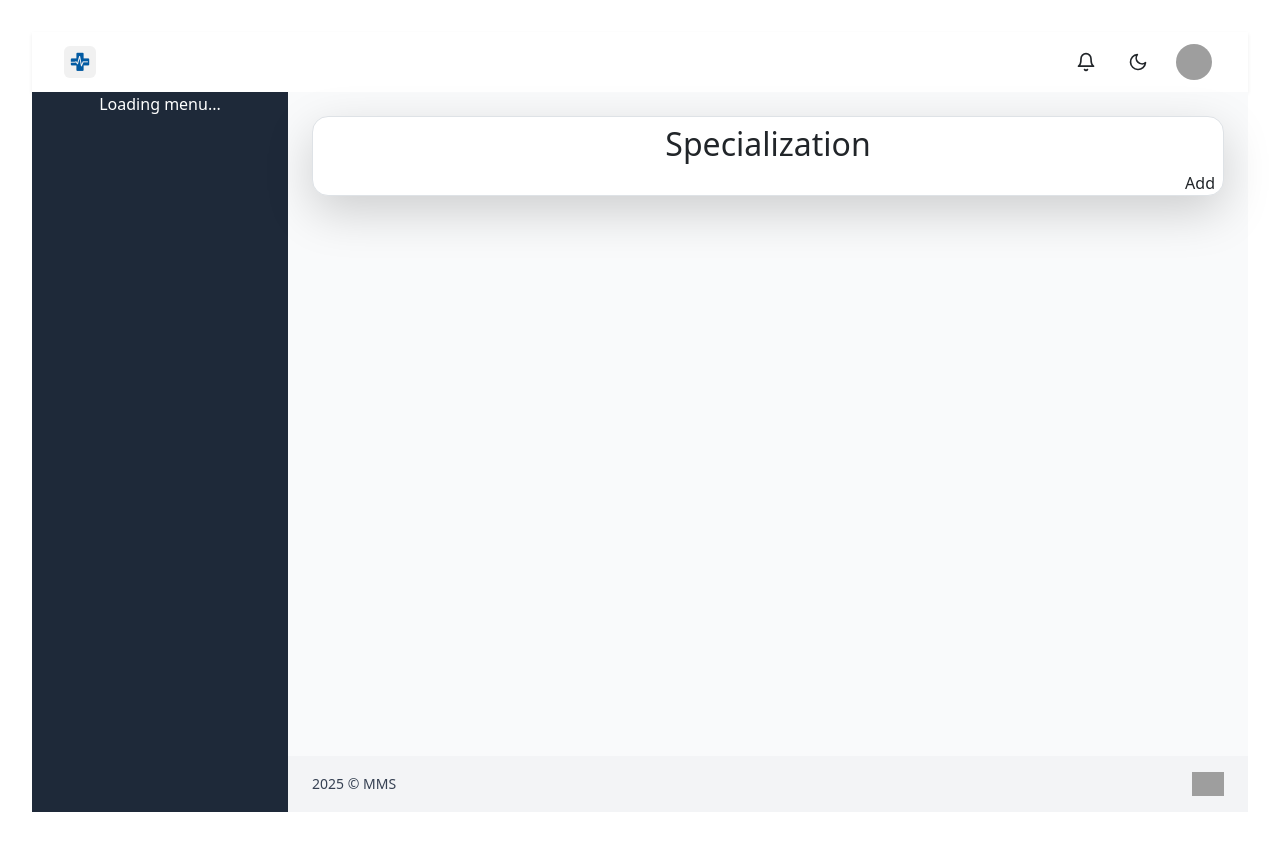
Repository: Giri1103r/Medical_Management_System
Page: /specialization (app in my-app/)
These files come from the project's save history. The page is drawn as it stood at one moment and after a run of saves; the edit follows.
The browser window is 1280 px wide. The pictures show the whole page.
Pictures or frames that could not be fetched are drawn as grey boxes. The page's requests for data from a server got no answer. The project was rebuilt for these pictures with package versions that can differ from the ones it lists, and the page was loaded fresh each time. No one was signed in, and anything a server would have sent is missing. Also part of the build but not shown: my-app/vite.config.js, my-app/src/Register.jsx, my-app/src/Home.jsx, my-app/src/Login.jsx, my-app/src/layouts/Partial/side_bar.jsx, my-app/src/Dashboard.jsx, my-app/src/api.jsx, my-app/src/Profile.jsx and 2 more.

Above is the page before, as saved 2025-09-19 09:45:52.

### my-app/index.html
<!doctype html>
<html lang="en">
  <head>
    <meta charset="UTF-8" />
    <link rel="icon" type="image/svg+xml" href="" />
    <meta name="viewport" content="width=device-width, initial-scale=1.0" />
  <title>%VITE_APP_NAME%</title>
  </head>
  <body>
    <div id="root"></div>
    <script type="module" src="/src/main.jsx"></script>
  </body>
</html>

### my-app/src/App.jsx
import { BrowserRouter as Router, Routes, Route, NavLink } from "react-router-dom";
import './App.css';
import Register from "./Register";
import Home from "./Home";
import Login from "./Login";
import Dashboard from "./Dashboard";
import Profile from "./Profile";
import { UserProvider } from "./context/UserContext";
import { MasterdataProvider } from "./context/MasterdataContext";
import Leftmenuadd from "./admin/leftmenu/Leftmenuadd";
import SpecializationAdd from "./admin/specialization/SpecializationAdd";
import SpecializationList from "./admin/specialization/SpecializationList";





function App() {
  return (
    <UserProvider>
      <MasterdataProvider>

          <Router>

            <div className="">
              <Routes>

                <Route path="/register" element={<Register />} />
                <Route path="/" element={<Login />} />
                <Route path="/dashboard" element={<Dashboard />} />
                <Route path="/profile" element={<Profile />}></Route>
                <Route path="/leftmenu" element={<Leftmenuadd />}></Route>
                <Route path="/specialization/add" element={<SpecializationAdd/>} />
                <Route path="/specialization" element={<SpecializationList/>} />
              </Routes>
            </div>
          </Router>

      </MasterdataProvider>
    </UserProvider>

  );
}

export default App;

### my-app/src/context/UserContext.jsx
import React, { createContext, useState, useEffect } from "react";
import { jwtDecode } from "jwt-decode";// fixed import for Vite

export const UserContext = createContext();

export const UserProvider = ({ children }) => {
  const [user, setUser] = useState(null);

  useEffect(() => {
    const token = localStorage.getItem("token");
    if (token) {
      try {
        const decoded = JSON.parse(atob(token.split('.')[1]));
        const userId = decoded.id;

        fetch(`/users/${userId}`, {
          headers: { Authorization: `Bearer ${token}` },
        })
          .then(res => res.json())
          .then(data => setUser(data))
          .catch(err => {
            console.error("Failed to fetch user details", err);
            setUser(null);
          });

      } catch (error) {
        console.error("Invalid token", error);
        setUser(null);
      }
    }
  }, []);


  return (
    <UserContext.Provider value={{ user, setUser }}>
      {children}
    </UserContext.Provider>
  );
};

### my-app/src/context/MasterdataContext.jsx
// src/context/MasterdataContext.jsx
import React, { createContext, useState } from "react";
import axios from "axios";

// Only declare once
export const MasterdataContext = createContext();

export const MasterdataProvider = ({ children }) => {
  const [data, setData] = useState({});
  const [loading, setLoading] = useState({});

  const fetchData = async (key, url) => {
    setLoading(prev => ({ ...prev, [key]: true }));
    try {
      const res = await axios.get(url);
      setData(prev => ({ ...prev, [key]: res.data }));
    } catch (err) {
      console.error(`Error fetching ${key}:`, err);
      setData(prev => ({ ...prev, [key]: [] }));
    } finally {
      setLoading(prev => ({ ...prev, [key]: false }));
    }
  };

  return (
    <MasterdataContext.Provider value={{ data, loading, fetchData }}>
      {children}
    </MasterdataContext.Provider>
  );
};

### my-app/src/admin/specialization/SpecializationList.jsx
import React from 'react'
import AdminLayout from '../../layouts/adminLayout';

const SpecializationList = () => {

  return (
    <AdminLayout>
      <div className=" rounded-2xl overflow-hidden shadow-lg bg-white border">

        <div className="p-2">
          <h2 className="text-sm font-bold text-gray-800">Specialization</h2>
          <button className='float-end '>Add</button>
        </div>
      </div>

    </AdminLayout>
  )
}

export default SpecializationList

### my-app/src/layouts/adminLayout.jsx
import React from "react";
import Header from "./Partial/header";
import Footer from "./Partial/footer";
import LeftMenu from "./Partial/left_menu";

const AdminLayout = ({ title, children }) => {
  return (
    <div id="wrapper" className="flex flex-col min-h-screen w-full">

      <Header title={title} />


      <div className="flex flex-grow w-full">

        <aside className="w-64 bg-gray-800 text-white min-h-screen">
          <LeftMenu />
        </aside>


        <main className="flex-grow flex flex-col bg-gray-50">
          <div className="flex-grow p-4">{children}</div>

          {/* Footer at the bottom */}
          <Footer />
        </main>
      </div>
    </div>
  );
};

export default AdminLayout;

### my-app/src/layouts/Partial/header.jsx
// Header.jsx
import React, { useContext, useEffect, useState } from "react";
import { Bell, Menu, LogOut, User,Sun,Moon } from "react-feather";
import { UserContext } from "../../context/UserContext";
import { useNavigate } from "react-router-dom";

const Header = ({ notifications, user, onLogout, title }) => {
  const [unreadCount, setUnreadCount] = useState(null);
  const [darkmode , setDarkmode] = useState(localStorage.getItem("theme")==="dark");

  useEffect(() =>{
    if(darkmode){
      document.documentElement.classList.add("dark");
      localStorage.setItem("theme","dark");
    }else {
      document.documentElement.classList.remove("dark");
      localStorage.setItem("theme", "light");
    }
  },[darkmode]);
  const navigate = useNavigate();
  const { setUser } = useContext(UserContext);

  const markAllRead = () => {
    setUnreadCount(0);
  };

  const OnLogout = () => {
    localStorage.removeItem("token");
    if (setUser) setUser(null);
    navigate("/");
  };

  return (
    <header className="flex items-center justify-between px-4 py-2 shadow-sm bg-white">
      {/* Left: Logo and Title */}
      <div className="flex items-center">
        {/* Mobile menu button */}
        <button className="lg:hidden p-2 mr-2 border rounded bg-gray-100">
          <Menu size={20} />
        </button>

        {/* Logo */}
        <a href="/dashboard" className="flex items-center">
          <img src="/images/logo.png" alt="logo" className="mx-2 h-8 w-8 rounded" />
        </a>

        {/* Page title */}
        <h5 className="ml-3 text-lg font-medium">{title}</h5>
      </div>

      {/* Right: Notifications & Profile */}
      <div className="flex items-center space-x-4">
        {/* Notification */}
        <div className="relative">
          <button
            className="relative p-2 rounded hover:bg-gray-100"
            onClick={markAllRead}
          >
            <Bell size={20} />
            {unreadCount > 0 && (
              <span className="absolute top-0 right-0 inline-flex items-center justify-center px-1.5 py-0.5 text-xs font-bold leading-none text-white bg-red-600 rounded-full transform translate-x-1/2 -translate-y-1/2">
                {unreadCount}
              </span>
            )}
          </button>
          {/* Dropdown menu */}
          <div className="absolute right-0 mt-2 w-72 bg-white border rounded shadow-lg z-50 hidden group-hover:block">
            <div className="px-4 py-2 flex justify-between items-center border-b">
              <span className="font-semibold">Notifications</span>
              {unreadCount > 0 && (
                <span
                  className="text-blue-500 text-sm cursor-pointer"
                  onClick={markAllRead}
                >
                  Mark all read
                </span>
              )}
            </div>
            {/* Optional notifications list */}
            <div className="max-h-60 overflow-y-auto"></div>
            <div className="text-center border-t py-2">
              <a
                href="/notifications"
                className="text-blue-500 text-sm hover:underline"
              >
                View all
              </a>
            </div>
          </div>
        </div>

        {/* For Theme dark and light */}

        <div className="relative">
         <button className="  p-2 rounded hover:bg-gray-100 dark:hover:bg-gray-800" onClick={() => setDarkmode(!darkmode)}
         >
          {darkmode? <Sun size={20} /> : <Moon size={20} />}
         </button>

        </div>

        {/* Profile */}
        <div className="relative group">
          <button className="flex items-center p-1 rounded hover:bg-gray-100">
            <img
              src={user?.avatar || "/logo192.png"}
              alt="avatar"
              className="h-9 w-9 rounded-full mr-2"
            />
          </button>

          {/* Dropdown menu */}
          <div className="absolute right-0 mt-2 w-48 bg-white border rounded shadow-lg z-50 hidden group-hover:block">
            <div className="px-4 py-2 border-b">{user?.name}</div>
            <a
              href="/profile"
              className="flex items-center px-4 py-2 text-gray-700 hover:bg-gray-100"
            >
              <User size={16} className="mr-2" /> My Account
            </a>
            <div className="border-t"></div>
            <button
              onClick={onLogout || OnLogout}
              className="flex items-center w-full px-4 py-2 text-gray-700 hover:bg-gray-100"
            >
              <LogOut size={16} className="mr-2" /> Logout
            </button>
          </div>
        </div>
      </div>
    </header>
  );
};

export default Header;

### my-app/src/layouts/Partial/footer.jsx
import React from "react";

const Footer = () => {
  return (
    <footer className="bg-gray-100 py-3 mt-auto">
      <div className="container mx-auto px-4">
        <div className="flex flex-col md:flex-row justify-between items-center">
          {/* Left Side */}
          <div className="text-gray-700 text-sm">
            {new Date().getFullYear()} &copy; {import.meta.env.VITE_APP_NAME}
          </div>


          <div className="hidden sm:flex items-center space-x-2 text-sm text-gray-600">

            <img
              src="/assets/images/neoehs.svg"
              className="h-6" // 25px approx
              alt=""
            />
          </div>
        </div>
      </div>
    </footer>

  );
};

export default Footer;

### my-app/src/layouts/Partial/left_menu.jsx
import React, { useEffect, useState } from 'react'
import  SidebarMenu from "./side_bar";

const left_menu = () => {
    const [menuData, setMenuData] = useState([]);

    useEffect(() => {
        fetch("http://localhost:5000/api/leftmenus/getmenus")
            .then(response => response.json())
            .then(data => setMenuData(data))
            .catch(error => console.error('Error fetching menu data:', error));
    }, []);

    return (
        <div>
            {menuData.length > 0 ? (
                <SidebarMenu menuData={menuData} />
            ) : (
                <p>Loading menu...</p>
            )}
        </div>
    )
}

export default left_menu

Loaded but not shown: my-app/src/main.jsx (common file); my-app/src/index.css (common file); my-app/src/App.css (common file)

After the next 3 saves:
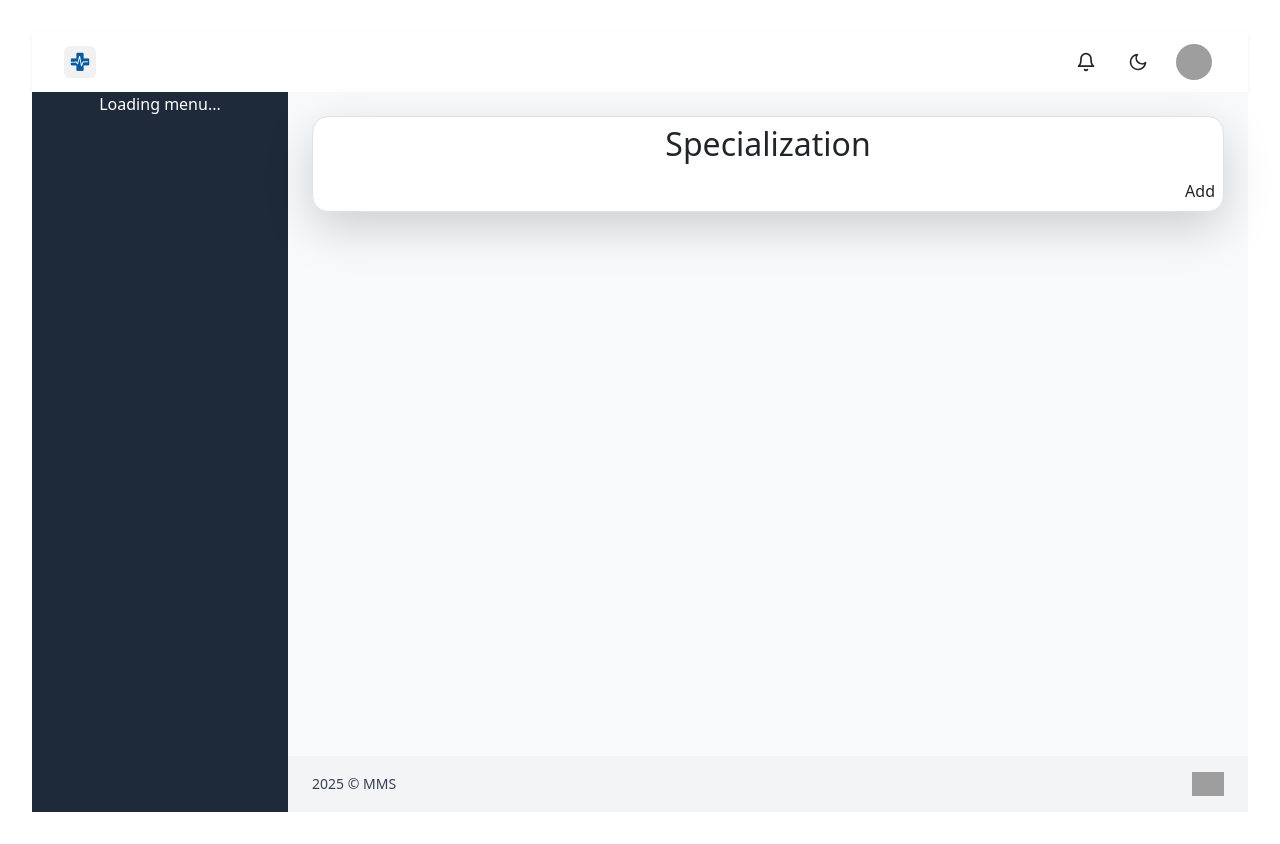
The 3 saves are shown as one change because they came seconds apart.
The last was saved 11 s later.
--- a/my-app/src/admin/specialization/SpecializationList.jsx
+++ b/my-app/src/admin/specialization/SpecializationList.jsx
@@ -9,7 +9,7 @@ const SpecializationList = () => {
 
         <div className="p-2">
           <h2 className="text-sm font-bold text-gray-800">Specialization</h2>
-          <button className='float-end '>Add</button>
+          <button className='float-end py-2 rounded'>Add</button>
         </div>
       </div>
 
